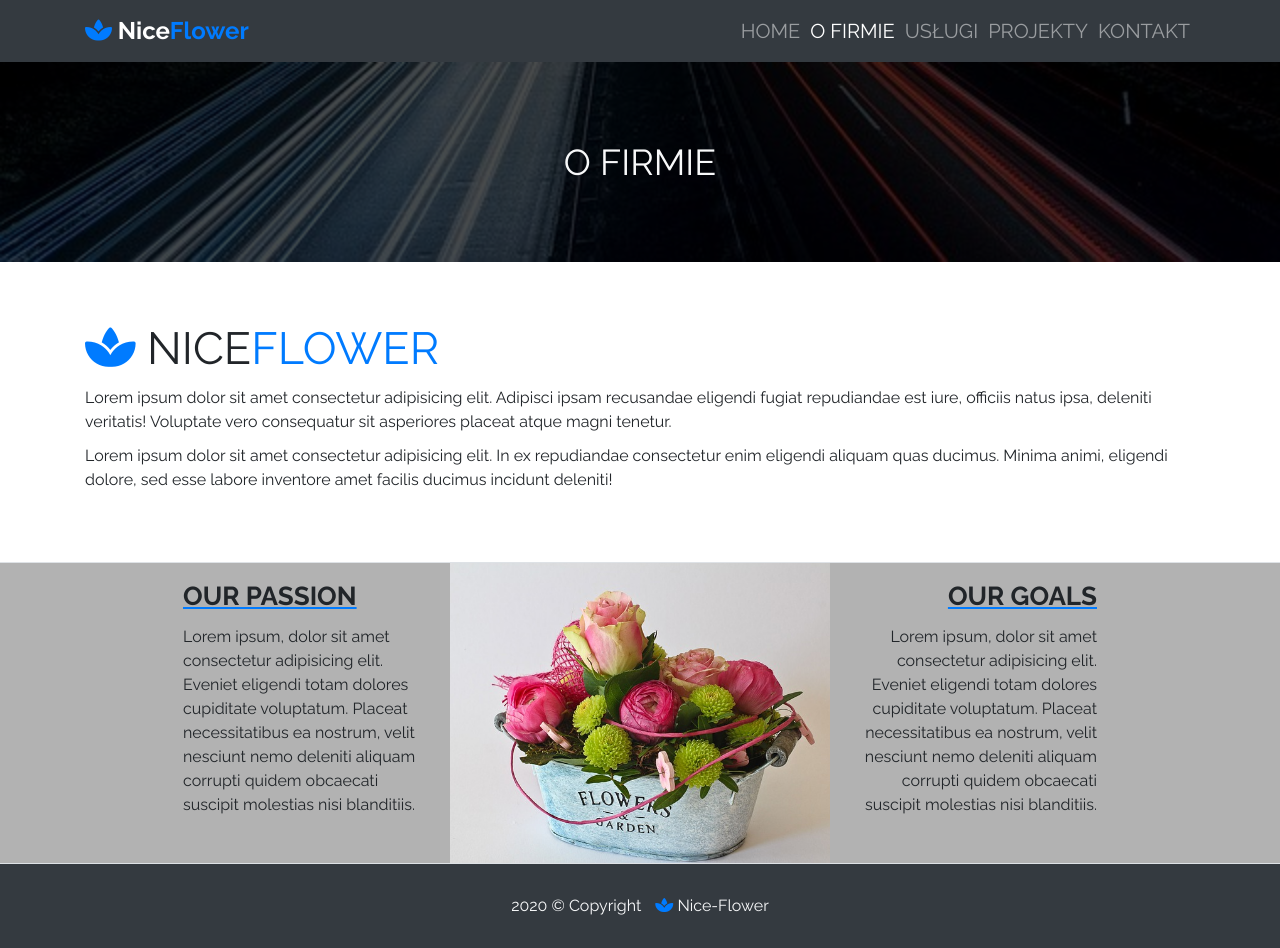
Repository: KrzysKolo/Projekt-13_Kwiaciarnia
Page: abouteus.html
An editor plug-in stored every save of this project. The page is shown before and after the next save, followed by the edit.
The browser window is 1280 px wide. The pictures show the whole page.
Some web libraries are served in a nearby version.

Above is the page before, as saved 2020-08-10 10:04:02.

### abouteus.html
<!DOCTYPE html>
<html lang="pl">
  <head>
    <meta charset="UTF-8" />
    <meta name="viewport" content="width=device-width, initial-scale=1.0" />
    <title>Nice-Flower</title>
    <script
      src="https://kit.fontawesome.com/21efeaf281.js"
      crossorigin="anonymous"
    ></script>

    <link
      rel="stylesheet"
      href="https://stackpath.bootstrapcdn.com/bootstrap/4.5.0/css/bootstrap.min.css"
      integrity="sha384-9aIt2nRpC12Uk9gS9baDl411NQApFmC26EwAOH8WgZl5MYYxFfc+NcPb1dKGj7Sk"
      crossorigin="anonymous"
    />
    <link
      href="https://fonts.googleapis.com/css2?family=Raleway:wght@400;700&display=swap"
      rel="stylesheet"
    />
    <link rel="stylesheet" href="style.css" />
  </head>
  <body>
    <nav class="navbar navbar-expand-lg navbar-dark bg-dark py-3">
      <div class="container">
        <a class="navbar-brand" href="#"
          ><i class="fas fa-spa text-primary"></i> Nice<span
            class="text-primary"
            >Flower</span
          ></a
        >
        <button
          class="navbar-toggler border-0"
          type="button"
          data-toggle="collapse"
          data-target="#navbarNavAltMarkup"
          aria-controls="navbarNavAltMarkup"
          aria-expanded="false"
          aria-label="Toggle navigation"
        >
          <i class="fas fa-bars px-4"></i>
        </button>
        <div class="collapse navbar-collapse" id="navbarNavAltMarkup">
          <div class="navbar-nav ml-auto">
            <a class="nav-link" href="index.html">Home </a>
            <a class="nav-link active" href="#"
              >O firmie<span class="sr-only">(current)</span></a
            >
            <a class="nav-link" href="services.html">Usługi</a>
            <a class="nav-link" href="projects.html">Projekty</a>
            <a class="nav-link" href="contact.html">Kontakt</a>
          </div>
        </div>
      </div>
    </nav>

    <!-- MAIN -->
    <main>
      <section class="top-hero aboutus-hero">
        <div class="hero-shadow"></div>
        <p class="top-hero-text text-light">O firmie</p>
      </section>
      <section class="aboutus-top p-5">
        <div class="row">
          <div class="container py-5">
            <p class="display-3">
              <i class="fas fa-spa text-primary"></i> Nice<span
                class="text-primary"
                >Flower</span
              >
            </p>
            <p>
              Lorem ipsum dolor sit amet consectetur adipisicing elit. Adipisci
              ipsam recusandae eligendi fugiat repudiandae est iure, officiis
              natus ipsa, deleniti veritatis! Voluptate vero consequatur sit
              asperiores placeat atque magni tenetur.
            </p>
            <p>
              Lorem ipsum dolor sit amet consectetur adipisicing elit. In ex
              repudiandae consectetur enim eligendi aliquam quas ducimus. Minima
              animi, eligendi dolore, sed esse labore inventore amet facilis
              ducimus incidunt deleniti!
            </p>
          </div>
        </div>
      </section>
      <section class="border-top border-bottom aboutus-info aboutus-shadow">
        <div class="container">
          <div class="row m-0 justify-content-center">
            <div class="col-lg-3 aboutus-text abouts-text-left">
              <h3>our passion</h3>
              <p>
                Lorem ipsum, dolor sit amet consectetur adipisicing elit.
                Eveniet eligendi totam dolores cupiditate voluptatum. Placeat
                necessitatibus ea nostrum, velit nesciunt nemo deleniti aliquam
                corrupti quidem obcaecati suscipit molestias nisi blanditiis.
              </p>
            </div>
            <div class="d-lg-none col aboutus-img"></div>
            <div class="d-none d-lg-block col-lg-4 aboutus-img"></div>
            <div class="col-lg-3 aboutus-text abouts-text-right">
              <h3>our goals</h3>
              <p>
                Lorem ipsum, dolor sit amet consectetur adipisicing elit.
                Eveniet eligendi totam dolores cupiditate voluptatum. Placeat
                necessitatibus ea nostrum, velit nesciunt nemo deleniti aliquam
                corrupti quidem obcaecati suscipit molestias nisi blanditiis.
              </p>
            </div>
          </div>
        </div>
      </section>
    </main>
    <footer class="bg-dark text-light">
      <p class="py-5 px-3 mb-0 text-center">
        2020 &copy; Copyright
        <i class="ml-3 fas fa-spa text-primary"></i> Nice-Flower
      </p>
    </footer>
    <script
      src="https://code.jquery.com/jquery-3.5.1.slim.min.js"
      integrity="sha384-DfXdz2htPH0lsSSs5nCTpuj/zy4C+OGpamoFVy38MVBnE+IbbVYUew+OrCXaRkfj"
      crossorigin="anonymous"
    ></script>
    <script
      src="https://cdn.jsdelivr.net/npm/popper.js@1.16.0/dist/umd/popper.min.js"
      integrity="sha384-Q6E9RHvbIyZFJoft+2mJbHaEWldlvI9IOYy5n3zV9zzTtmI3UksdQRVvoxMfooAo"
      crossorigin="anonymous"
    ></script>
    <script
      src="https://stackpath.bootstrapcdn.com/bootstrap/4.5.0/js/bootstrap.min.js"
      integrity="sha384-OgVRvuATP1z7JjHLkuOU7Xw704+h835Lr+6QL9UvYjZE3Ipu6Tp75j7Bh/kR0JKI"
      crossorigin="anonymous"
    ></script>
  </body>
</html>

### style.css
* {
  box-sizing: border-box;
  margin: 0;
  padding: 0;
}
html {
  font-size: 62.5%;
}
body {
  font-family: "Raleway", sans-serif;
  font-size: 1.6rem;
}
.hero-shadow {
  position: absolute;
  top: 0;
  width: 100%;
  height: 100%;
  background-color: rgba(0, 0, 0, 0.7);
  z-index: -1;
}
.additional-text {
  font-size: 1.8rem;
}
.top-hero {
  position: relative;
  height: 20rem;
  background-size: cover;
  z-index: 0;
}
.top-hero-text {
  display: flex;
  justify-content: center;
  align-items: center;
  height: 100%;
  font-size: 3.6rem;
  text-transform: uppercase;
}
/* ----------- */
/*  nawigacja  */
/* ----------- */
nav {
  font-size: 2rem;
  text-transform: uppercase;
}
.navbar-toggler {
  font-size: 3rem;
}
.navbar-brand {
  font-size: 2.4rem;
  font-weight: bold;
  text-transform: none;
}
/* ----------- */
/*    header   */
/* ----------- */
header {
  font-size: 2rem;
}
.carousel-item {
  position: relative;
  height: 400px;
  background-position: center;
  background-size: cover;
  z-index: 0;
}
.carousel-img-one {
  background-image: url("./img/b1m.jpg");
}
.carousel-img-two {
  background-image: url("./img/b2m.jpg");
}
.carousel-img-three {
  background-image: url("./img/b4m.jpg");
}
/* ----------- */
/*     main    */
/* ----------- */
.home-boxes {
  padding: 5rem 0;
}
.home-box i {
  font-size: 4rem;
}
.home-box h3 {
  font-size: 2.6rem;
}
/* ----------- */
.home-passion {
  position: relative;
  height: 350px;
  background-image: url("./img/b8m.jpg");
  background-position: center;
  background-size: cover;
  z-index: 0;
}
/* ----------- */
.home-brand h3 {
  font-size: 3rem;
  font-weight: bold;
}
/* ----------- */
/*   aboutus   */
/* ----------- */
.aboutus-hero {
  background-image: url("./img/obrazek1.jpg");
  background-position: bottom;
}
/* ----------- */
.aboutus-top .display-3 {
  text-transform: uppercase;
}
/* ----------- */
.aboutus-info {
  background-color: rgba(0, 0, 0, 0.3);
}
.aboutus-info .container {
  padding: 2em 0.5em;
}
.aboutus-text {
  padding: 1.8rem;
}
.aboutus-text h3 {
  margin-bottom: 0.5em;
  font-size: 2.6rem;
  text-transform: uppercase;
  font-weight: bold;
  text-decoration: underline #007bff;
}
.abouts-text-right {
  text-align: right;
}
.aboutus-img {
  height: 300px;
  background-image: url("./img/b5m.jpg");
  background-position: center;
  background-size: cover;
}
/* ----------- */
/*    footer   */
/* ----------- */
footer {
  font-size: 1.6rem;
}
@media (min-width: 992px) {
  .aboutus-info .container {
    padding: 0;
  }
  .aboutus-shadow {
    box-shadow: inset;
  }
}
@media (min-width: 1400px) {
  .carousel-item {
    height: 600px;
  }
  .carousel-img-one {
    background-image: url("./img/b1.jpg");
  }
  .carousel-img-two {
    background-image: url("./img/b2.jpg");
  }
  .carousel-img-three {
    background-image: url("./img/b4.jpg");
  }
}

After the next save:
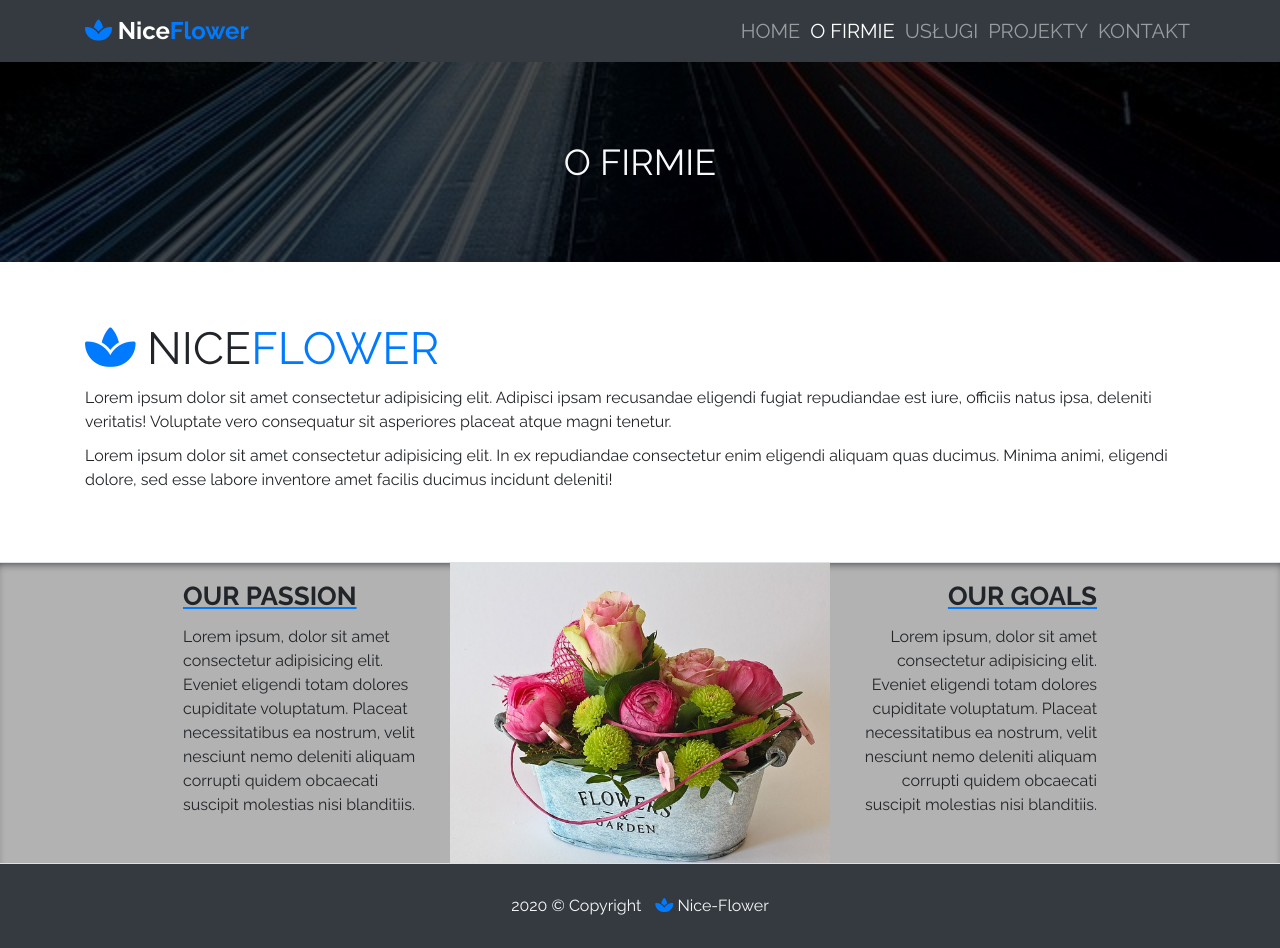
Saved 49 s later.
--- a/style.css
+++ b/style.css
@@ -146,7 +146,7 @@ footer {
     padding: 0;
   }
   .aboutus-shadow {
-    box-shadow: inset;
+    box-shadow: inset 0 5px 10px -5px rgba(0, 0, 0, 0.7);
   }
 }
 @media (min-width: 1400px) {
